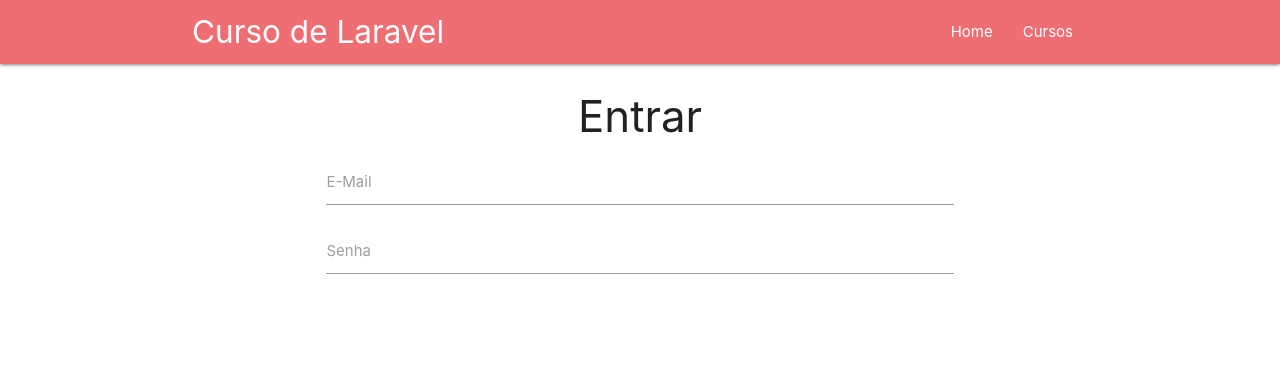
Repository: Kesteves1/Curso_Laravel
Page: http://localhost/login
An editor plug-in stored every save of this project. The page is shown before and after a run of saves, followed by the edit.
The browser window is 1280 px wide. The pictures show the whole page.
Some web libraries are served in a nearby version. The page is served by the project's Laravel application, run on PHP 8.4 with Laravel 8. Other server files are loaded and not shown.

Above is the page before, as saved 2022-04-13 09:49:00.
Console error: TypeError: $(...).sideNav is not a function

### routes/web.php
<?php

use App\Http\Controllers\ContatoController;
use App\Http\Controllers\Site\HomeController;
use Illuminate\Support\Facades\Route;
use App\Http\Controllers\Site\LoginController;


/*
|--------------------------------------------------------------------------
| Web Routes
|--------------------------------------------------------------------------
|
| This file is where you may define all of the routes that are handled
| by your application. Just tell Laravel the URIs it should respond
| to using a Closure or controller method. Build something great!
|
*/

/*Route::get('/', function ()
{
    return view('home');
});*/

//Route::get('/', [ContatoController::class, 'index']);
Route::get('/', [HomeController::class, 'index'])->name('site.home');
Route::get('/login', [LoginController::class, 'index'])->name('site.login');
Route::get('/sair', [LoginController::class, 'index'])->name('site.sair');
Route::post('/login/entrar', [LoginController::class, 'entrar'])->name('site.login.entrar');

// Route::post('/contato', ['uses' => 'ContatoController@criar']);

//Route::get('/contato', [ContatoController::class, 'index']);

Route::get('/admin/cursos', [ContatoController::class, 'cursos']);
//Route::get('/admin', [ContatoController::class, 'admin']);

// Route::put('/contato', ['uses' => 'ContatoController@editar']);
//Route::get('/contato/editar', [ContatoController::class, 'editar']);
//Route::get('/contato/criar', [ContatoController::class, 'criar'])->name('contato.criar');



Route::group(['middleware' => 'auth'], function(){

        // Route::post('/admin/cursos/salvar',['as'=>'admin.cursos.salvar','uses'=>'Admin\CursoController@salvar']);
    Route::post('/admin/cursos/salvar', [ContatoController::class, 'salvar'])->name('admin.cursos.salvar');

    // Route::get('/admin/cursos/adicionar',['as'=>'admin.cursos.adicionar','uses'=>'Admin\CursoController@adicionar']);
    Route::get('/admin/cursos/adicionar', [ContatoController::class, 'adicionar'])->name('admin.cursos.adicionar');

    // Route::get('/admin/cursos',['as'=>'admin.cursos','uses'=>'Admin\CursoController@index']);
    Route::get('/admin/cursos/{id?}', [ContatoController::class, 'index'])->name('admin.cursos');

    // Route::get('/admin/cursos/editar/{id}',['as'=>'admin.cursos.editar','uses'=>'Admin\CursoController@editar']);
    Route::get('/admin/cursos/editar/{id}', [ContatoController::class, 'editar'])->name('admin.cursos.editar');

    // Route::put('/admin/cursos/atualizar/{id}',['as'=>'admin.cursos.atualizar','uses'=>'Admin\CursoController@atualizar']);
    Route::put('/admin/cursos/atualizar/{id}', [ContatoController::class, 'atualizar'])->name('admin.cursos.atualizar');

    // Route::get('/admin/cursos/deletar/{id}',['as'=>'admin.cursos.deletar','uses'=>'Admin\CursoController@deletar']);
    Route::get('/admin/cursos/deletar/{id}', [ContatoController::class, 'deletar'])->name('admin.cursos.deletar');

});

### app/Http/Controllers/Site/LoginController.php
<?php

namespace App\Http\Controllers\Site;

use App\Http\Controllers\Controller;
use Illuminate\Http\Request;
use Auth;
use Illuminate\Support\Facades\Auth as FacadesAuth;

class LoginController extends Controller
{
    public function index()
    {
        return view('login.index');
    }
    public function entrar(request $req)
    {
        $dados = $req->all();
        if(FacadesAuth::attempt(['email'=>$dados['email'], 'password'=>$dados['senha']]))
        {
            return redirect()->route('admin.cursos');
        }
        return redirect()->route('login.index');
    }

    public function sair()
    {
        return redirect()->route('site.home');
    }
}

### resources/views/login/index.blade.php
@extends('layout.site')

@section('titulo', 'Contatos')

@section('conteudo')
    <div class="container">
        <h3 class="center">Entrar</h3>
            <div class="row">
                <form class="" method="POST" enctype="multipart/form-data" action="{{route('site.login.entrar')}}">
                        @csrf
                            <div class="container">
                                <div class="input-field">
                                    <input type="text" name="email" >
                                    <label >E-Mail</label>
                                </div>
                                <div class="input-field">
                                    <input type="password" name="senha" >
                                    <label >Senha</label>
                                </div>
                </form>
            </div>
    </div>
@endsection

### resources/views/layout/site.blade.php

@include('layout._includes.topo')

@yield('conteudo')

@include('layout._includes.footer')

### resources/views/layout/_includes/topo.blade.php
<!DOCTYPE html>
<html>

<head>
    <title>@yield('titulo')</title>
    <!--Import Google Icon Font-->
    <link href="https://fonts.googleapis.com/icon?family=Material+Icons" rel="stylesheet">
    <!-- Compiled and minified CSS -->
    <link rel="stylesheet" href="https://cdnjs.cloudflare.com/ajax/libs/materialize/1.0.0/css/materialize.min.css">

    <!--Let browser know website is optimized for mobile-->
    <meta name="viewport" content="width=device-width, initial-scale=1.0" />
</head>

<body>
    <header>

        <nav>
            <div class="container">
                <div class="nav-wrapper deep-orange">
                    <a href="{{route('admin.cursos')}}" class="brand-logo">Curso de Laravel</a>
                    <a href="#" data-target="mobile-demo" class="sidenav-trigger"><i class="material-icons">menu</i></a>
                    <ul class="right hide-on-med-and-down">
                        <li><a href="{{ route('site.home')}}">Home</a></li>
                        <li><a href="{{ route('admin.cursos') }}">Cursos</a></li>
                    </ul>
                </div>
            </div>
        </nav>

        <ul class="sidenav" id="mobile">
            <li><a href="/">Home</a></li>
            <li><a href="{{ route('admin.cursos') }}">Cursos</a></li>
        </ul>


    </header>

### resources/views/layout/_includes/footer.blade.php
<!-- Compiled and minified JavaScript -->
<script type="text/javascript" src="https://code.jquery.com/jquery-2.1.1.min.js"></script>
<script src="https://cdnjs.cloudflare.com/ajax/libs/materialize/1.0.0/js/materialize.min.js"></script>
<script type="text/javascript">


    $(document).ready(function() {

        // Materialize.updatetextFields();
        $(".button-collapse").sideNav();

        document.addEventListener('DOMContentLoaded', function() {
            var elems = document.querySelectorAll('.sidenav');
            var instances = M.Sidenav.init(elems, options);
        });

        // Or with jQuery

        $(document).ready(function() {
            $('.sidenav').sidenav();

        });
    });
</script>

</body>

</html>

Loaded but not shown: app/Http/Controllers/Controller.php (common file)

After the next 3 saves:
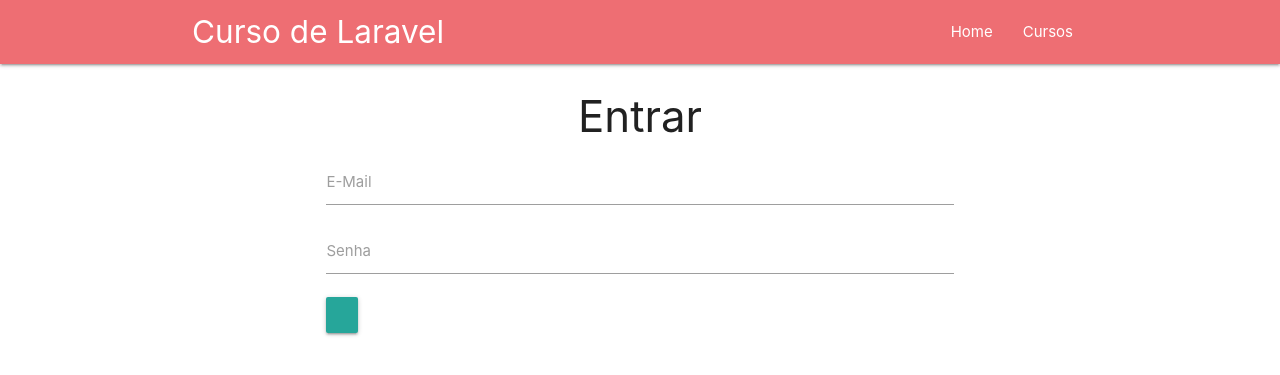
The 3 saves are shown as one change because they came seconds apart.
The last was saved 6 min 9 s later.
--- a/resources/views/login/index.blade.php
+++ b/resources/views/login/index.blade.php
@@ -17,6 +17,7 @@
                                     <input type="password" name="senha" >
                                     <label >Senha</label>
                                 </div>
+                                <button class="btn"></button>
                 </form>
             </div>
     </div>
